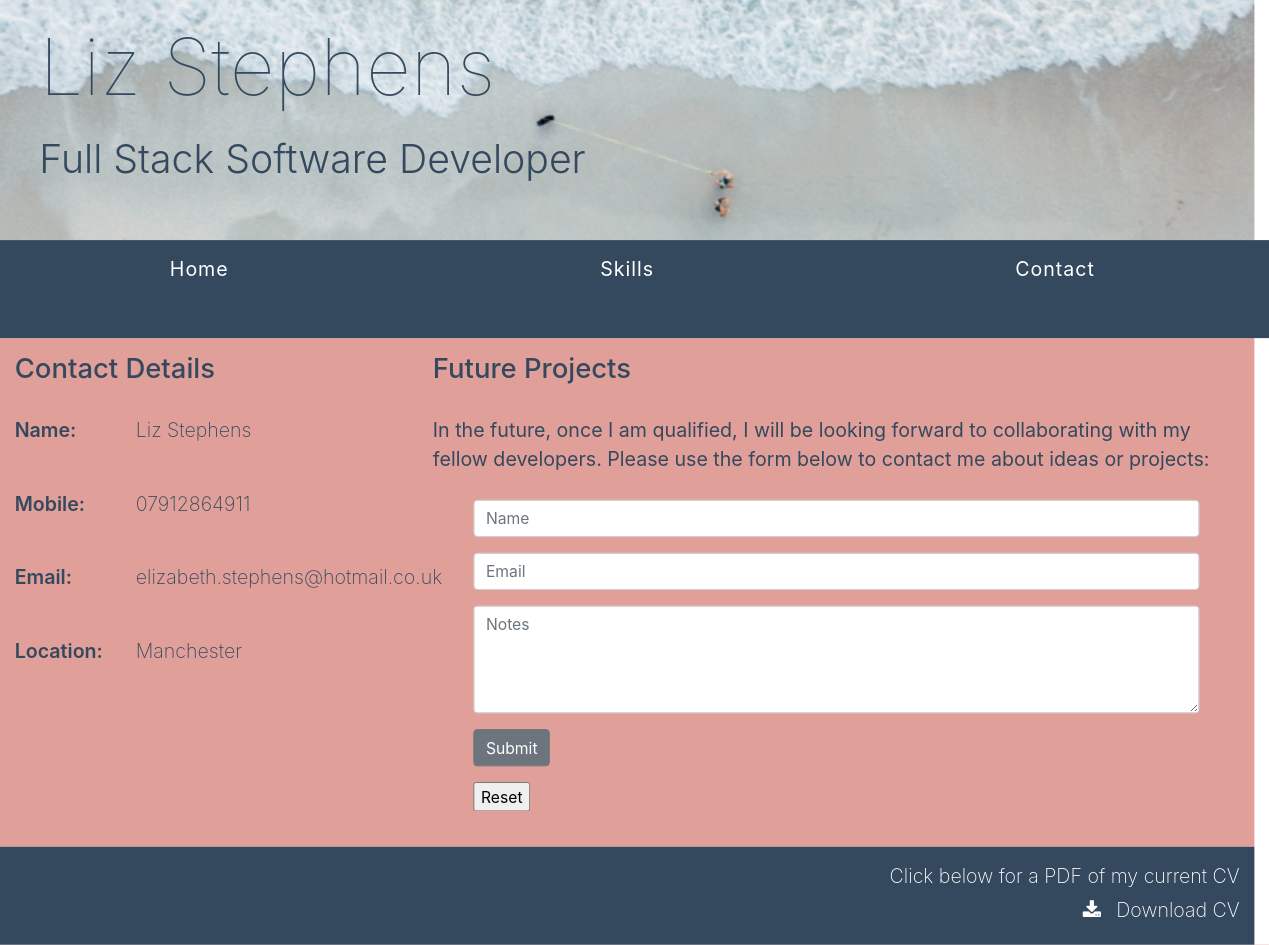
Repository: Liz94688/portfolio-site
Page: contact.html
The author's editor kept a record of every edit. The page is drawn from the files as they stood at one moment, then again after the next edit.
The browser window is 1280 px wide. The page is 1295 px wide, then 1280 px, so the pictures cover 1295 px, including what lies to the right of the window. The pictures show the whole page, at 98% of full size.

Above is the page before.

### contact.html
<!DOCTYPE html>
<html lang="en">

<head>
    <meta charset="UTF-8">
    <meta name="viewport" content="width=device-width, initial-scale=1.0">
    <meta http-equiv="X-UA-Compatible" content="ie=edge">
    <link rel="stylesheet" href="https://stackpath.bootstrapcdn.com/bootstrap/4.3.1/css/bootstrap.min.css" type="text/css" />
    <link rel="stylesheet" href="https://stackpath.bootstrapcdn.com/font-awesome/4.7.0/css/font-awesome.min.css" type="text/css" />
    <link rel="stylesheet" href="assets/css/style.css" type="text/css" />
    <title>Liz Stephens Portfolio - Full Stack Web Developer</title>
</head>

<body>
    <header>
        <div class="row header-image">
            <div class="col-12">
                <h1 class="header-name">Liz Stephens</h1>
                <h2 class="header-title">Full Stack Software Developer</h2>
            </div>
        </div>
        <div class="row header-nav">
            <div class="col">
                <ul id="nav" class="list-inline header-nav-container">
                    <li class="col-sm-4 header-nav-color-home header-nav-item list-inline-item">
                        <a href="index.html"><span>Home</span></a>
                    </li>
                    <li class="col-sm-4 header-nav-color-skills header-nav-item list-inline-item">
                        <a href="skills.html"><span>Skills</span></a>
                    </li>
                    <li class="col-sm-4 header-nav-color-contact header-nav-item list-inline-item">
                        <a href="contact.html"><span>Contact</span></a>
                    </li>
                </ul>
            </div>
        </div>
    </header>
    <section class="container-fluid contact-container">
        <div class="row contact-row">
            <div class="col-md-4 contact-info">
                <div class="col-12 contact-details-title">
                    <h3>
                        Contact Details
                    </h3>
                </div>
                <div class="col-12 contact-details-itemised">
                    <div class="key">
                        <p>Name: </p>
                    </div>
                    <div class="value">
                        <p>Liz Stephens</p>
                    </div>
                    <div class="key">
                        <p>Mobile: </p>
                    </div>
                    <div class="value">
                        <p>07912864911</p>
                    </div>
                    <div class="key">
                        <p>Email: </p>
                    </div>
                    <div class="value">
                        <p>elizabeth.stephens@hotmail.co.uk</p>
                    </div>
                    <div class="key">
                        <p>Location: </p>
                    </div>
                    <div class="value">
                        <p>Manchester</p>
                    </div>
                </div>
            </div>
            <div class="col-md-8 contact-form">
                <div class="col-12 form-info">
                    <h3 class="contact-form-title">
                        Future Projects
                    </h3>
                </div>
                <div class="col-12 form-info">
                    <p>In the future, once I am qualified, I will be looking forward to collaborating with my fellow developers. Please use the form below to contact me about ideas or projects: </p>
                </div>
                <div class="col-12 contact-groups">
                    <form class="centre-form">
                        <div class="form-group">
                            <input type="text" name="Name" class="form-control" placeholder="Name" required>
                        </div>
                        <div class="form-group">
                            <input type="email" name="Email" class="form-control" placeholder="Email" required>
                        </div>
                        <div class="form-group">
                            <textarea rows="4" name="Notes" class="form-control" placeholder="Notes"></textarea>
                        </div>
                        <div class="form-group">
                            <button type="submit" class="btn btn-secondary">Submit</button>
                        </div>
                        <div class="form-group">
                            <input type="reset" value="Reset">
                        </div>
                    </form>
                </div>
            </div>
        </div>
    </section>
    <footer class="container-fluid">
        <div class="row footer-nav">
            <div class="col footer-nav-item">
                <p>Click below for a PDF of my current CV</p>
                <a href="./assets/cv/Liz_CV.pdf" target="_blank"><i class="fa fa-download" aria-hidden="true"></i><span> Download CV </span></a>
            </div>
        </div>
    </footer>
</body>

</html>

### assets/css/style.css
@import url('https://fonts.googleapis.com/css?family=Montserrat&display=swap:100,200,300,400,500,600,700');

/*------------------------------Header*/

header {
    margin: 0;
    padding: 0;
}

.header-image {
    background-image: url('../images/welcome-view.jpg');
    background-position: center;
    background-repeat: no-repeat;
    background-size: cover;
    min-height: 240px;
    max-width: 100%;
    margin: 0;
    transition: all .5s ease-in-out;
    -moz-transition: all .5s ease-in-out;
    -webkit-transition: all .5s ease-in-out;
}

.header-name {
    font-weight: 100;
    font-size: 80px;
    color: #34495E;
    padding-top: 20px;
    padding-left: 25px;
}

.header-title {
    font-weight: 300;
    font-size: 40px;
    color: #34495E;
    padding-top: 15px;
    padding-bottom: 50px;
    padding-left: 25px;
}

/*------------------------------Header-Nav*/

.col {
    padding: 0;
}

li a {
    color: #fff;
    padding: 0;
    text-decoration: none;
}

.row {
    padding-bottom: 0;
}


.list-inline-item:not(:last-child) {
    margin: 0;
}

.header-nav-container {
    font-size: 0;
}

.col ul {
    margin-bottom: 0;
}

#nav li {
    padding: 0;
}

.header-nav-item {
    height: 100px;
    text-align: center;
}

.header-nav-item a {
    width: 100%;
    text-decoration: none;
    color: #fff;
}

.header-nav-item span {
    display: block;
    padding-top: 15px;
    font-size: 20px;
    letter-spacing: 1px;
}

/*------------------------------Navbar Colours/Background Colours*/

ul {
    background-color: #34495E;
}

.header-nav-color-home:hover {
    background-color: #4682B4;
}

.header-nav-color-skills:hover {
    background-color: #48D1CC;
}

.header-nav-color-contact:hover {
    background-color: #D98880;
}

.home-bg-color {
    background-color: #4682B4;
}

/*------------------------------So far...*/

section {
    margin: 0;
    padding: 0;
}

.about-container {
    min-height: 500px;
    background-color: rgba(70, 130, 180, 0.8);
    color: #34495E;
    padding-bottom: 20px;
}

.so-far-title {
    padding-top: 20px;
    margin-bottom: 30px;
}

.so-far-title h3 {
    margin: 0;
}

.so-far-paragraph p {
    margin-bottom: 25px;
}

/*------------------------------Timeline*/

.timeline {
    position: relative;
    margin: 0 auto;
}

.timeline::after {
    content: '';
    position: absolute;
    width: 6px;
    background-color: #fff;
    top: 0;
    bottom: 0;
    left: 50%;
    margin-left: -2px;
}

.container {
    padding: 10px 20px;
    position: relative;
    background-color: #34495E;
    width: 50%;
    color: #fff;
    margin-left: 0;
}

.left {
    left: 0;
}

.right {
    left: 50%;
}

/*------------------------------Skills*/

.skills-container {
    margin: 0;
    min-height: 500px;
    background-color: rgba(72, 209, 204, 0.8);
    color: #34495E;
    padding-bottom: 20px;
}

.skills-title {
    padding-top: 20px;
    margin-bottom: 30px;
}

.skills-progression {
    margin-bottom: 30px;
    font-size: 20px;
    font-weight: 300;
}

.progress {
    height: 35px;
    margin-bottom: 15px;
    position: relative;
}

.progress-type {
    position: absolute;
    left: 0px;
    color: #34495E;
    padding: 2px 30px 2px 5px;
}

/*------------------------------Contact Info*/

.contact-container {
    padding: 0;
    margin: 0;
    min-height: 500px;
    background-color: rgba(217, 136, 128, 0.8);
    color: #34495E;
}

.contact-row {
    margin-left: 0;
    margin-right: 0;
}

.contact-info {
    padding-top: 15px;
    margin-bottom: 5px;
}

.contact-details-title {
    margin-bottom: 30px;
    padding: 0;
}

.contact-details-title h3 {
    margin: 0;
}

.contact-details-itemised {
    margin-bottom: 20px;
    padding: 0;
}

.contact-details-itemised .key,
.contact-details-itemised .value {
    display: inline-block;
    padding-right: 10px;
    margin-bottom: 45px;
}

.contact-details-itemised .key p,
.contact-details-itemised .value p {
    margin: 0;
    font-size: 20px;
}

.contact-details-itemised .key {
    width: 30%;
}

.contact-details-itemised .value {
    position: relative;
    width: 60%;
}

.contact-details-itemised .key p {
    font-weight: 600;
}

.contact-details-itemised .value p {
    font-weight: 200;
}

/*------------------------------Contact Form*/

.contact-form {
    padding-top: 15px;
    margin-bottom: 20px;
}

.form-info {
    padding: 0;
    font-size: 20px;
}

.contact-form-title {
    margin-bottom: 30px;
}

.contact-groups {
    padding: 0;
}

.centre-form {
    padding-top: 10px;
    margin: 0 auto;
    max-width: 85%;
}

/*------------------------------Footer*/

footer {
    min-height: 100px;
    margin: 0;
    padding: 0;
}

.footer-nav {
    background-color: #34495E;
}

.footer-nav-item {
    height: 100px;
    text-align: right;
    padding: 15px 20px;
    color: #fff;
}

.footer-nav-item a {
    text-decoration: none;
    color: #fff;
}

.footer-nav-item a i {
    font-size: 20px;
    padding: 10px;
}

.footer-nav-item p {
    margin: 0;
}

/*------------------------------Media Queries for Header/Footer*/

@media(max-width: 600px) {
    .header-title {
        font-weight: 200;
        font-size: 40px;
        color: #34495E;
        padding-top: 25px;
        padding-bottom: 40px;
        padding-left: 25px;
    }
}

@media(min-width: 768px) {
    .footer-nav-item {
        height: 100px;
        text-align: right;
        padding: 15px 15px;
        color: #fff;
        font-size: 20px;
        font-weight: 200;
    }
}

/*------------------------------Media Queries for Home*/

@media(min-width: 768px) {
    .timeline {
        max-width: 90%;
    }
}

@media(min-width: 768px) {
    .timeline::after {
        content: '';
        position: absolute;
        width: 12px;
        background-color: #fff;
        top: 0;
        bottom: 0;
        left: 50%;
        margin-left: -2px;
    }
}

@media(min-width: 992px) {
    .centre-form {
        padding-top: 30px;
        margin: 0 auto;
        max-width: 85%;
    }
}

/*------------------------------Media Queries for Skills*/

@media(max-width: 600px) {
    .skills-progression {
        font-size: 18px;
        font-weight: 500;
    }
}

@media(min-width: 768px) {
    .progress {
        height: 55px;
        margin-bottom: 25px;
    }
}

@media(min-width: 768px) {
    .progress-type {
        position: absolute;
        left: 0px;
        color: #34495E;
        padding: 5px 62px 5px 11px;
        font-size: 20px;
        font-weight: 400;
    }
}

/*------------------------------Media Queries for Contact*/

@media(max-width: 600px) {
    .contact-form {
        padding-top: 0px;
        margin-bottom: 20px;
    }
}

@media(max-width: 600px) {
    .contact-form-title {
        margin-bottom: 15px;
    }
}

@media(max-width: 600px) {
    .contact-details-itemised {
        margin-bottom: 0px;
        padding: 0;
    }
}

@media(min-width: 768px) {
    .centre-form {
        padding-top: 10px;
        margin: 0 auto;
        max-width: 90%;
    }
}

After the next edit:
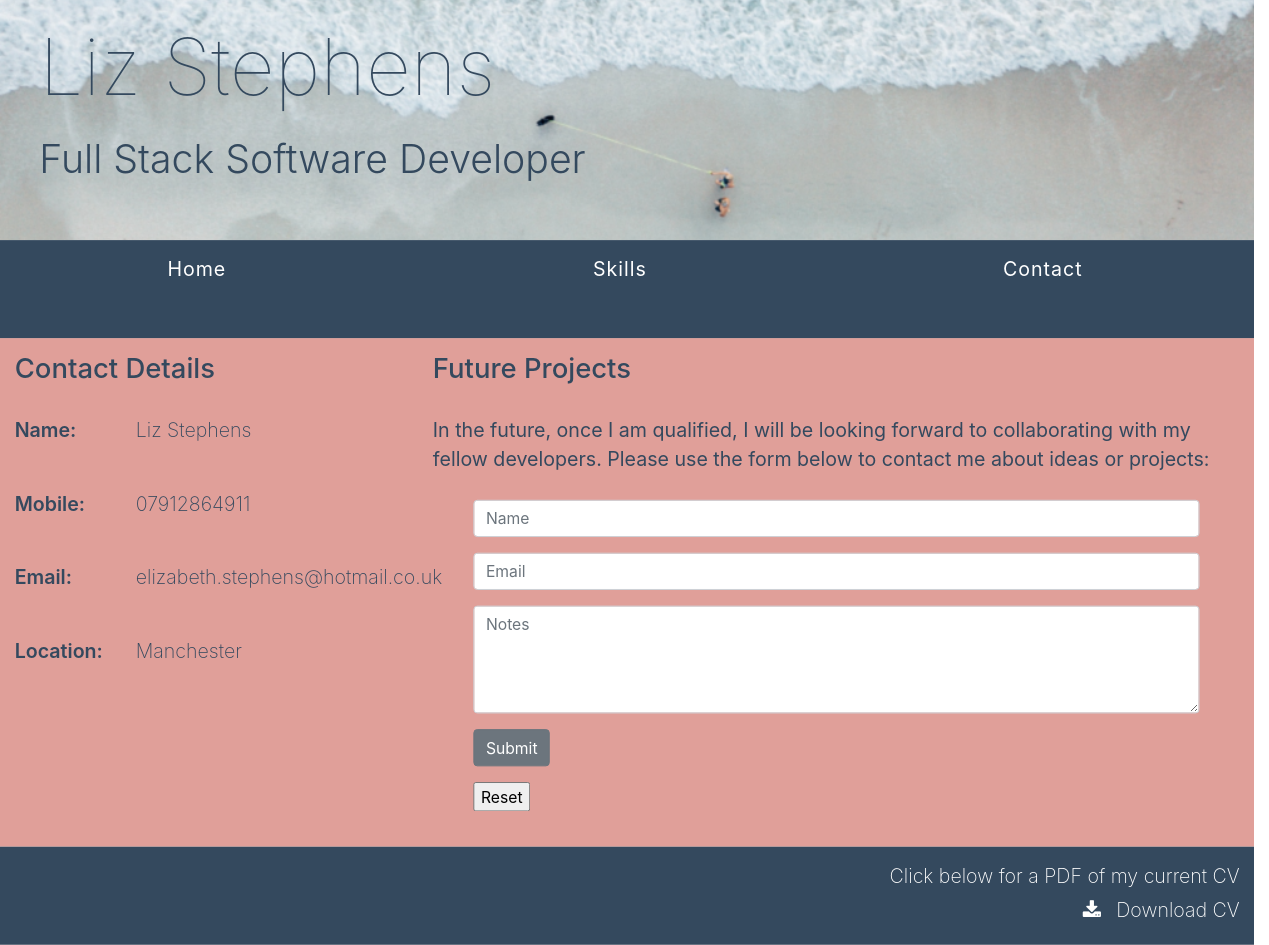
The edit:
--- a/assets/css/style.css
+++ b/assets/css/style.css
@@ -47,6 +47,10 @@
     color: #fff;
     padding: 0;
     text-decoration: none;
+}
+
+.header-nav {
+    margin-right: 0;
 }
 
 .row {
